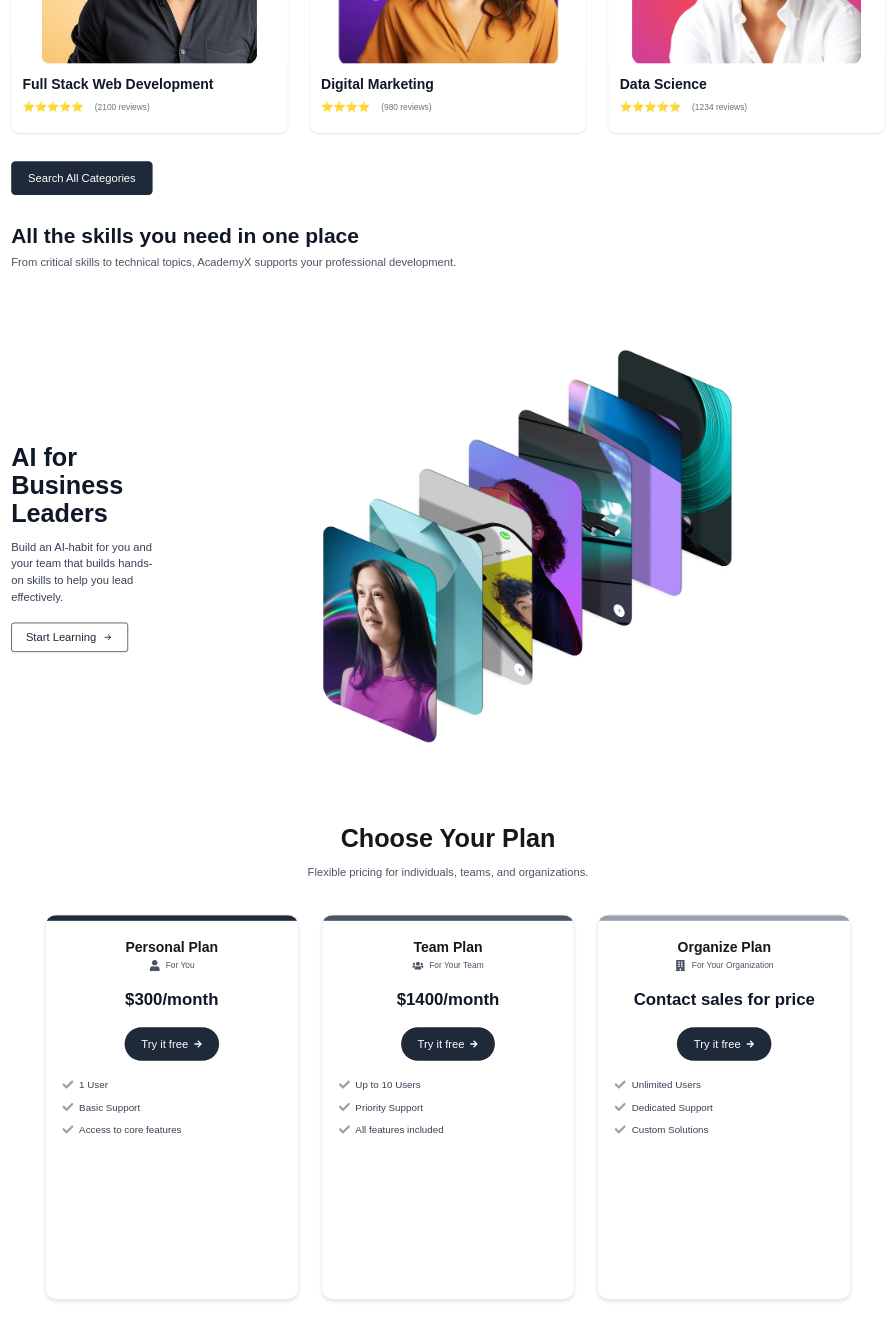
Repository: MohamedSalah54/full-stack-e-learning
Page: / (app in frontend/)
An editor plug-in stored every save of this project. The page is shown before and after a run of saves, followed by the edit.
The browser window is 1280 px wide. The pictures show the part of the page from y = 979 to 2899 px (the page is 2899 px tall), at 70% of full size.
The project was rebuilt for these pictures with package versions that can differ from the ones it lists, and the page was loaded fresh each time. The framework's server and built-in components were replaced by stand-ins that run in the browser. Also part of the build but not shown: frontend/next.config.ts.

Above is the page before, as saved 2025-06-16 14:09:14.

### frontend/src/app/layout.tsx
import type { Metadata } from "next";
import { Geist, Geist_Mono } from "next/font/google";
import "./globals.css";
import { Providers } from "@/app/providers";
import Navbar from "@/components/Navbar";

const geistSans = Geist({
  variable: "--font-geist-sans",
  subsets: ["latin"],
});

const geistMono = Geist_Mono({
  variable: "--font-geist-mono",
  subsets: ["latin"],
});

export const metadata: Metadata = {
  title: "Create Next App",
  description: "Generated by create next app",
};

export default function RootLayout({
  children,
}: Readonly<{
  children: React.ReactNode;
}>) {
  return (
    <html lang="en">
      <body
        className={`${geistSans.variable} ${geistMono.variable} antialiased`}
      >
        <Navbar/>
        <Providers>{children}</Providers>

      </body>
    </html>
  );
}

### frontend/src/app/page.tsx
import HeroBannerFixed from "@/components/home/HeroBannerFixed"
import HeroBannerSlider from "@/components/home/HeroBannerSlider"
import HeroCategories from "@/components/home/HeroCategories"
import HeroPlans from "@/components/home/HeroPlans"

const Home = () => {
  return (
    <main className="flex flex-col items-center justify-center">
        <HeroBannerSlider/>
        <HeroCategories/>
        <HeroBannerFixed/>
        <HeroPlans/>
    </main>
  )
}

export default Home

### frontend/src/app/providers.jsx
'use client';

import { Provider } from 'react-redux';
import { store } from '@/redux/store/store';
export function Providers({ children }) {
  return <Provider store={store}>{children}</Provider>;
}

### frontend/src/components/Navbar.tsx
'use client';

import { useState } from 'react';
import { FaShoppingCart, FaBars, FaTimes, FaSearch } from 'react-icons/fa';
import { IoMdGlobe } from 'react-icons/io';
import { useRouter } from 'next/navigation';

export default function Navbar() {
  const [isSidebarOpen, setIsSidebarOpen] = useState(false);
  const router = useRouter();
  const [isSearchOpen, setIsSearchOpen] = useState(false);


  return (
    <>
      {/* Navbar */}
      <nav className="bg-white shadow-sm border-b border-gray-200 py-3 px-4 sm:px-6">
        <div className="max-w-7xl mx-auto flex items-center justify-between">
          {/* Left - Hamburger + Logo */}
          <div className="flex items-center space-x-2">
            {/* Hamburger Icon - Visible on mobile only */}
            <button
              className="block md:hidden text-xl text-gray-800"
              onClick={() => setIsSidebarOpen(true)}
            >
              <FaBars />
            </button>

            {/* Logo */}
            <div
              className="flex items-center cursor-pointer"
              onClick={() => router.push('/')}
            >
              <div className="relative h-10 w-10">
                <img
                  src="/logo.png"
                  alt="Logo"
                  className="h-full w-full object-contain block"
                />
              </div>
              <span className="text-2xl font-bold text-gray-800 leading-none ml-1">
                cademyX
              </span>
            </div>
          </div>

          {/* Middle - Search (hidden on small screens) */}
          <div className="hidden md:flex flex-1 max-w-md mx-4">
            <input
              type="text"
              placeholder="Search courses..."
              className="w-full border border-gray-300 rounded-md px-4 py-2 focus:outline-none focus:ring-1 focus:ring-gray-800"
            />
          </div>

          {/* Right - Search & Cart (Always Visible) */}
          <div className="flex items-center space-x-3 ml-auto">
            <button
              className="hidden md:block px-4 py-1 border border-gray-800 text-gray-800 rounded-md hover:bg-gray-100 transition"
              onClick={() => router.push('/auth/login')}
            >
              Login
            </button>
            <button
              className="hidden md:block px-4 py-1 bg-gray-800 text-white rounded-md hover:bg-gray-700 transition"
              onClick={() => router.push('/auth/register')}
            >
              Sign Up
            </button>

            <IoMdGlobe className="hidden md:block text-gray-800 text-xl cursor-pointer hover:scale-110 transition" />

            <FaShoppingCart className="text-gray-800 text-xl cursor-pointer hover:scale-110 transition" />

            <FaSearch
              className="md:hidden text-gray-800 text-xl cursor-pointer hover:scale-110 transition"
              onClick={() => setIsSearchOpen(true)}
            />
          </div>


        </div>
      </nav>

      {isSearchOpen && (
        <div className="fixed inset-0 z-50 bg-white flex flex-col items-center justify-start px-4 pt-10">
          <div className="w-full max-w-2xl flex items-center gap-3 border-b border-gray-300 pb-2">
            <FaSearch className="text-gray-800 text-2xl" />

            {/* Search Input */}
            <input
              type="text"
              placeholder="Search courses..."
              autoFocus
              className="w-full text-lg focus:outline-none"
            />

            <FaTimes
              className="text-gray-800 text-2xl cursor-pointer"
              onClick={() => setIsSearchOpen(false)}
            />
          </div>
        </div>
      )}



      {/* Sidebar (Mobile) */}
      <div
        className={`fixed top-0 left-0 h-full w-64 bg-white shadow-lg z-50 transform transition-transform duration-300 ${isSidebarOpen ? 'translate-x-0' : '-translate-x-full'
          }`}
      >
        {/* Close Button */}
        <div className="flex justify-between items-center px-4 py-3 border-b">
          <h2 className="text-lg font-semibold">Menu</h2>
          <button
            onClick={() => setIsSidebarOpen(false)}
            className="text-xl text-gray-600"
          >
            <FaTimes />
          </button>
        </div>

        {/* Sidebar Links */}
        <div className="p-4 space-y-4">
          <button
            onClick={() => {
              router.push('/auth/login');
              setIsSidebarOpen(false);
            }}
            className="w-full text-left text-gray-800 hover:text-gray-600"
          >
            Login
          </button>
          <button
            onClick={() => {
              router.push('/auth/register');
              setIsSidebarOpen(false);
            }}
            className="w-full text-left text-gray-800 hover:text-gray-600"
          >
            Sign Up
          </button>
          <div className="border-t pt-4">
            <p className="text-gray-500 text-sm font-medium mb-2">Categories</p>
            <ul className="space-y-2">
              <li className="cursor-pointer hover:text-gray-600">Web Development</li>
              <li className="cursor-pointer hover:text-gray-600">Design</li>
              <li className="cursor-pointer hover:text-gray-600">Marketing</li>
            </ul>
          </div>
        </div>
      </div>

      {/* Overlay */}
      {isSidebarOpen && (
        <div
          className="fixed inset-0 bg-black/40 z-40"
          onClick={() => setIsSidebarOpen(false)}
        ></div>
      )}
    </>
  );
}

### frontend/src/components/home/HeroBannerFixed.tsx
// components/HeroBannerFixed.tsx
'use client';

import { HiOutlineArrowSmRight } from "react-icons/hi";

const HeroBannerFixed = () => {
    return (
        <section className="w-full bg-white py-10">
            <div className="max-w-7xl mx-auto px-4 flex flex-col-reverse md:flex-row items-center justify-between gap-10">
                {/* Text content on the left */}
                <div className="w-full md:w-1/2 text-left">
                    <h1 className="text-2xl sm:text-3xl md:text-4xl font-bold text-gray-900 mb-4">
                        AI for Business Leaders
                    </h1>
                    <span className="block text-gray-700 text-base mb-6">
                        Build an AI-habit for you and your team that builds hands-on skills to help you lead effectively.

                    </span>
                    <button className="px-5 py-2 bg-white text-gray-800 border border-gray-800 rounded hover:bg-gray-200 transition flex items-center gap-2 cursor-pointer">
                        Start Learning <HiOutlineArrowSmRight />
                    </button>

                </div>

                {/* Image on the right */}
                <div className="w-full flex justify-end">
                    <div className="w-full md:w-[500px] lg:w-[1000px] ml-auto">
                        <img
                            src="/hero-fixed.png"
                            alt="Hero"
                            className="w-full h-auto rounded-md object-contain"
                        />
                    </div>
                </div>
            </div>
        </section>
    );
};

export default HeroBannerFixed;

### frontend/src/components/home/HeroBannerSlider.tsx
"use client";

import React, { useState } from "react";
import { FaArrowLeft, FaArrowRight } from "react-icons/fa";
import { heroSlides } from "@/constants";

const slides = heroSlides;

const HeroBannerSlider = () => {
  const [current, setCurrent] = useState(0);

  const nextSlide = () => {
    setCurrent((prev) => (prev + 1) % slides.length);
  };

  const prevSlide = () => {
    setCurrent((prev) => (prev - 1 + slides.length) % slides.length);
  };

  return (
    <>
      {/* Slider Section */}
      <section className="w-full relative bg-white overflow-hidden">
        {/* Wrapper for center and padding on large screens */}
        <div className="w-full max-w-screen-xl mx-auto relative h-[300px] sm:h-[400px] md:h-[500px]">
          {slides.map((slide, index) => (
            <img
              key={index}
              src={slide.image}
              alt="Hero"
              className={`absolute top-0 left-0 w-full h-full object-cover object-[60%] transition-opacity duration-700 ${
                index === current ? "opacity-100 z-10" : "opacity-0 z-0"
              }`}
            />
          ))}

          {/* Arrows */}
          <button
            onClick={prevSlide}
            className="absolute top-1/2 left-4 transform -translate-y-1/2 bg-white text-black p-2 rounded-full shadow hover:bg-gray-200 z-40"
          >
            <FaArrowLeft />
          </button>
          <button
            onClick={nextSlide}
            className="absolute top-1/2 right-4 transform -translate-y-1/2 bg-white text-black p-2 rounded-full shadow hover:bg-gray-200 z-40"
          >
            <FaArrowRight />
          </button>

          {/* Text Box for Large Screens */}
          <div className="hidden md:block absolute top-1/2 left-[170px] transform -translate-y-1/2 z-30">
            <div className="bg-white/90 p-5 rounded-md max-w-sm shadow-md">
              <h1 className="text-2xl lg:text-3xl font-bold text-gray-900 mb-2">
                {slides[current].title}
              </h1>
              <p className="text-gray-700 text-base">{slides[current].description}</p>
            </div>
          </div>
        </div>
      </section>

      {/* Text Below Image for Small Screens */}
      <div className="block md:hidden w-full bg-white pt-6 px-4">
        <div className="bg-white p-0 shadow-none rounded-none">
          <h1 className="text-xl font-bold text-gray-900 mb-2">{slides[current].title}</h1>
          <p className="text-gray-700 text-sm">{slides[current].description}</p>
        </div>
      </div>

      {/* Section Below */}
      <div className="w-full text-left py-10 bg-white px-4 sm:px-10 md:px-32">
        <h1 className="text-2xl sm:text-3xl font-bold text-gray-900 mb-4">
          Ready to reimagine your career?
        </h1>
        <p className="text-base sm:text-lg text-gray-700 max-w-xl">
          Get the skills and real-world experience employers want with Career Accelerators.
        </p>
      </div>
    </>
  );
};

export default HeroBannerSlider;

### frontend/src/components/home/HeroCategories.tsx
import { heroCategories } from "@/constants";

const HeroCategories = () => {
    const categories = heroCategories
    return (
       <section className="w-full py-16 px-4 bg-white">
  {/* Cards */}
  <div className="max-w-7xl mx-auto grid grid-cols-1 sm:grid-cols-2 lg:grid-cols-3 gap-8">
    {categories.map((cat, index) => (
      <div
        key={index}
        className="bg-white rounded-xl overflow-hidden shadow transition min-h-[350px] hover:bg-gray-100 cursor-pointer"
      >
        <img
          src={cat.image}
          alt={cat.title}
          className="w-full h-[250px] object-contain bg-white"
        />
        <div className="p-4">
          <h3 className="text-xl font-semibold text-gray-900 mb-2">{cat.title}</h3>
          <p className="text-sm text-gray-600 flex items-center gap-2">
            {"⭐".repeat(Math.round(cat.rating))}
            <span className="text-xs text-gray-500 ml-2">
              ({cat.reviews} reviews)
            </span>
          </p>
        </div>
      </div>
    ))}
  </div>

  {/* Search button */}
  <div className="flex justify-start mt-10 max-w-7xl mx-auto">
    <button className="bg-gray-800 text-white px-6 py-3 rounded-md hover:bg-gray-700 transition cursor-pointer">
      Search All Categories
    </button>
  </div>

  {/* Heading + Span */}
  <div className="text-left mt-10 max-w-7xl mx-auto">
    <h1 className="text-3xl font-bold text-gray-900 mb-2">
      All the skills you need in one place
    </h1>
    <span className="text-gray-600 text-base">
      From critical skills to technical topics, AcademyX supports your professional development.
    </span>
  </div>
</section>

    );
};

export default HeroCategories;

### frontend/src/components/home/HeroPlans.tsx
import { heroPlans } from "@/constants";
import { FaCheck, FaArrowRight } from "react-icons/fa";

export default function HeroPlans() {
  return (
    <section className="w-full bg-white py-16 px-4">
      <div className="max-w-6xl mx-auto">
        <h1 className="text-4xl font-bold mb-4 text-center">Choose Your Plan</h1>
        <span className="text-gray-600 mb-12 block text-center">
          Flexible pricing for individuals, teams, and organizations.
        </span>

        <div className="grid md:grid-cols-3 gap-8">
          {heroPlans.map((plan, index) => {
            const Icon = plan.icon;
            return (
              <div
                key={index}
                className="rounded-2xl shadow-md border border-gray-200 overflow-hidden hover:shadow-xl transition duration-300 flex flex-col min-h-[550px]"
              >
                {/* Top Border */}
                <div className={`h-2 ${plan.color}`}></div>

                <div className="p-6 flex flex-col flex-grow">
                  {/* Title Section */}
                  <div className="mb-6 text-center">
                    <h2 className="text-xl font-bold mb-1">{plan.name}</h2>
                    <div className="flex justify-center items-center gap-2 text-xs text-gray-600">
                      <Icon className="w-4 h-4" />
                      <span className="capitalize">{plan.type}</span>
                    </div>
                  </div>

                  {/* Price */}
                  <p className="text-2xl font-bold text-gray-900 text-center mb-6">
                    {plan.price}
                  </p>

                  {/* Button */}
                  <div className="flex justify-center mb-6">
                    <button className="flex items-center gap-2 bg-gray-800 text-white px-6 py-3 rounded-full hover:bg-gray-700 transition">
                      Try it free
                      <FaArrowRight className="w-3 h-3" />
                    </button>
                  </div>

                  {/* Features */}
                  <ul className="text-sm text-gray-700 space-y-3">
                    {plan.features.map((feature, idx) => (
                      <li key={idx} className="flex items-center gap-2">
                        <FaCheck className="text-gray-400 w-4 h-4" />
                        {feature}
                      </li>
                    ))}
                  </ul>

                  {/* Spacer to push features down */}
                  <div className="flex-grow" />
                </div>
              </div>
            );
          })}
        </div>
      </div>
    </section>
  );
}

### frontend/src/constants/index.ts
//Home Page
import { FaUser, FaUsers, FaBuilding } from "react-icons/fa";

export const heroSlides = [
    {
        image: "/banner1.jpg",
        title: "Skills that drive you forward",
        description: "Technology and the world of work change fast — with us, you’re faster. Get the skills to achieve goals and stay competitive.",
    },
    {
        image: "/banner2.jpg",
        title: "Learning that gets you",
        description: "Skills for your present (and your future). Get started with us.",
    },
];

export const heroCategories = [
    {
        title: "Full Stack Web Development",
        image: "/full-stack.jpg",
        rating: 5.0,
        reviews: 2100,
    },
    {
        title: "Digital Marketing",
        image: "/digital-marketing.jpg",
        rating: 4.0,
        reviews: 980,
    },
    {
        title: "Data Science",
        image: "/data-science.jpg",
        rating: 4.5,
        reviews: 1234,
    },
];


export const heroPlans = [
  {
    name: "Personal Plan",
    icon: FaUser,
    type: "For you",
    price: "$300/month",
    features: ["1 User", "Basic Support", "Access to core features"],
    color: "bg-gray-800", // ← لون الحافة العلوية
  },
  {
    name: "Team Plan",
    icon: FaUsers,
    type: "For your team",
    price: "$1400/month",
    features: ["Up to 10 Users", "Priority Support", "All features included"],
    color: "bg-gray-600",
  },
  {
    name: "Organize Plan",
    icon: FaBuilding,
    type: "For your organization",
    price: "Contact sales for price",
    features: ["Unlimited Users", "Dedicated Support", "Custom Solutions"],
    color: "bg-gray-400",
  },
];

Loaded but not shown: frontend/src/app/globals.css (common file); frontend/src/redux/store/store.ts (common file)

After the next 3 saves:
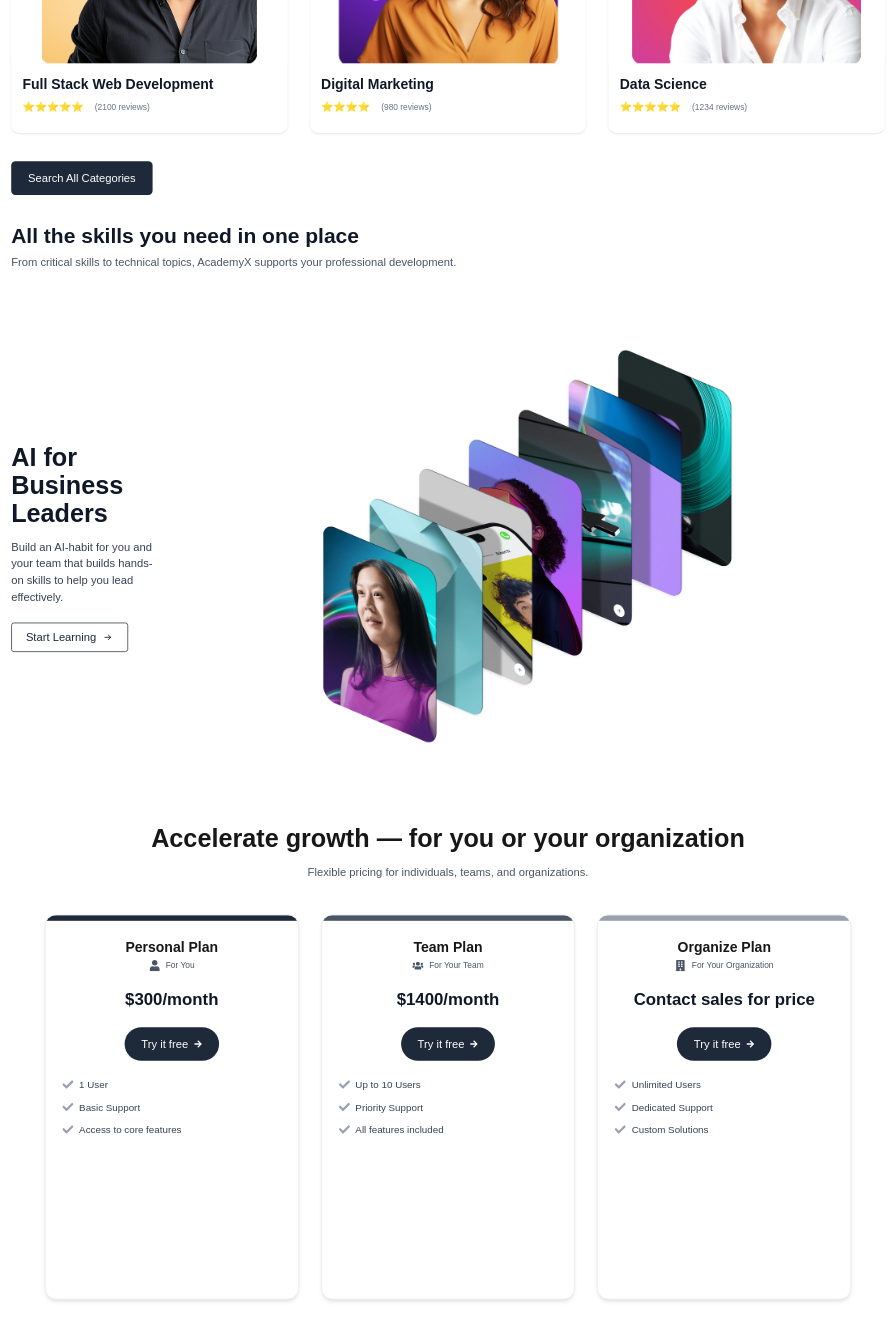
The 3 saves are shown as one change because they came seconds apart.
The last was saved 106 s later.
--- a/frontend/src/components/home/HeroPlans.tsx
+++ b/frontend/src/components/home/HeroPlans.tsx
@@ -5,7 +5,7 @@
   return (
     <section className="w-full bg-white py-16 px-4">
       <div className="max-w-6xl mx-auto">
-        <h1 className="text-4xl font-bold mb-4 text-center">Choose Your Plan</h1>
+        <h1 className="text-4xl font-bold mb-4 text-center">Accelerate growth — for you or your organization</h1>
         <span className="text-gray-600 mb-12 block text-center">
           Flexible pricing for individuals, teams, and organizations.
         </span>
